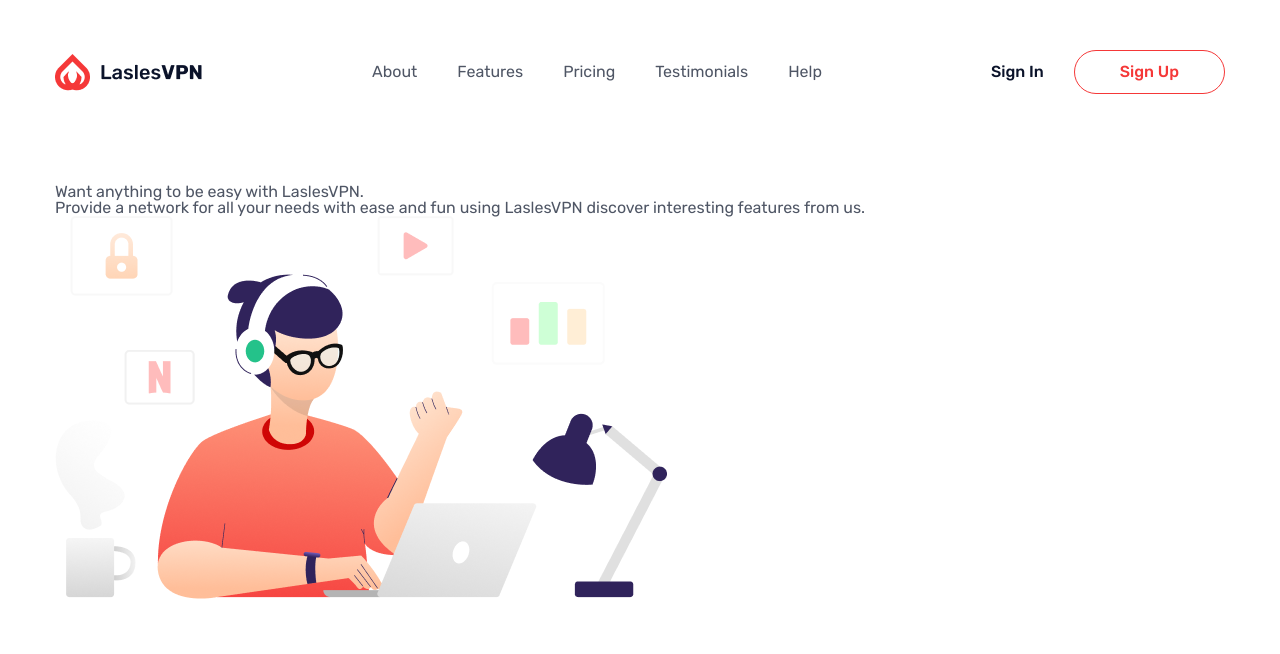
Repository: longvuht/lasles-VPN-vu
Page: index.html
An editor plug-in stored every save of this project. The page is shown before and after the next save, followed by the edit.
The browser window is 1280 px wide. The pictures show the whole page.
The style sheet was rebuilt from its Sass, Less or Tailwind sources for each picture, by a compiler version that may differ from the author's.

Above is the page before, as saved 2022-09-10 16:14:18.

### index.html
<!DOCTYPE html>
<html lang="en">
  <head>
    <meta charset="UTF-8" />
    <meta name="viewport" content="width=device-width, initial-scale=1.0" />
    <title>lasles vpn vu</title>
    <link rel="preconnect" href="https://fonts.googleapis.com" />
    <link rel="preconnect" href="https://fonts.gstatic.com" crossorigin />
    <link
      href="https://fonts.googleapis.com/css2?family=Rubik:wght@400;500;700&display=swap"
      rel="stylesheet"
    />
    <link rel="stylesheet" href="./css/style.css" />
  </head>
  <body>
    <div class="wrapper">
      <header class="header">
        <div class="container">
          <div class="header-container">
            <img
              src="./img/header-logo.png"
              alt="header logo"
              class="header-logo"
            />
            <ul class="menu">
              <li class="menu-item">
                <a href="#" class="menu-link">About</a>
              </li>
              <li class="menu-item">
                <a href="#" class="menu-link">Features</a>
              </li>
              <li class="menu-item">
                <a href="#" class="menu-link">Pricing</a>
              </li>
              <li class="menu-item">
                <a href="#" class="menu-link">Testimonials</a>
              </li>
              <li class="menu-item">
                <a href="#" class="menu-link">Help</a>
              </li>
            </ul>
            <div class="header-auth">
              <a href="#none" class="header-signin">sign in</a>
              <a href="#none" class="header-signup">sign up</a>
            </div>
          </div>
        </div>
      </header>
      <main>
        <section class="hero">
          <div class="container">
            <div class="hero-container">
              <div class="hero-content">
                <h1 class="hero-heading">
                  Want anything to be easy with <strong>LaslesVPN.</strong>
                </h1>
                <p class="hero-desc">
                  Provide a network for all your needs with ease and fun using
                  <strong>LaslesVPN</strong> discover interesting features from
                  us.
                </p>
              </div>
              <div class="hero-image">
                <img src="./img/hero-img.png" alt="hero image" />
              </div>
            </div>
          </div>
        </section>
      </main>
    </div>
  </body>
</html>

### sass/app.scss
@import "reset";
@import "variables";
@import "global";
@import "header";
@import "hero";

### sass/_variables.scss
$font: "Rubik", sans-serif;
$text-color: #4f5665;
$heading-color: #0b132a;
$primary-color: #f53838;
$grey-color: #dde0e4;

### sass/_global.scss
.wrapper {
  max-width: 1440px;
  margin: 0 auto;
}
.container {
  max-width: 1170px;
  margin: 0 auto;
  padding: 0 15px;
}

body {
  line-height: 1;
  font-family: $font;
  color: $text-color;
  font-size: 16px;
  font-weight: 400;
}

### sass/_header.scss
.header {
  padding-top: 50px;
  padding-bottom: 90px;
  &-container {
    display: flex;
    justify-content: space-between;
    align-items: center;
  }
  &-auth {
    display: flex;
    align-items: center;
    gap: 0 30px;
    text-transform: capitalize;
  }
  &-signin {
    font-weight: 500;
    color: $heading-color;
    text-decoration: none;
  }
  &-signup {
    padding: 13px 45px;
    border-radius: 100rem;
    color: $primary-color;
    border: 1px solid;
    font-weight: 500;
    text-decoration: none;
  }
}

.menu {
  list-style: none;
  display: flex;
  align-items: center;
  gap: 0 40px;
  &-link {
    color: inherit;
    text-decoration: none;
  }
}

Loaded but not shown: sass/_reset.scss (common file); sass/_hero.scss (no stored copy; drawn as an empty file)

After the next save:
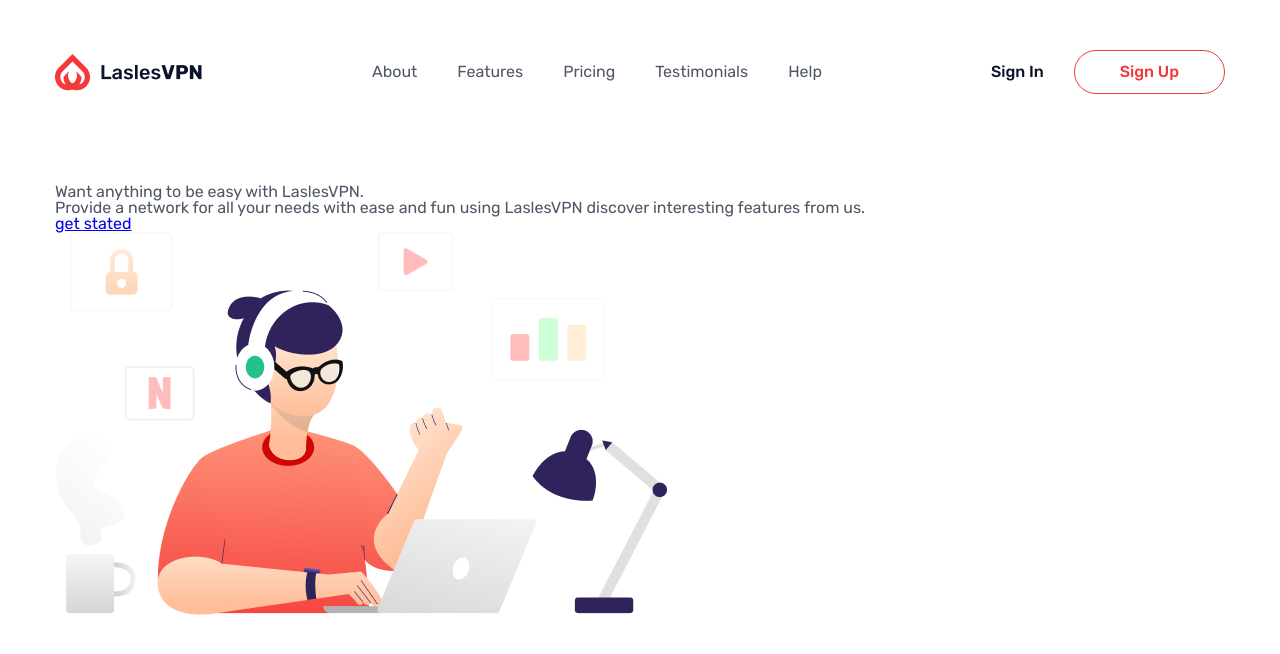
Saved 52 s later.
--- a/index.html
+++ b/index.html
@@ -59,6 +59,7 @@
                   <strong>LaslesVPN</strong> discover interesting features from
                   us.
                 </p>
+                <a href="#" class="button button--primary">get stated</a>
               </div>
               <div class="hero-image">
                 <img src="./img/hero-img.png" alt="hero image" />
